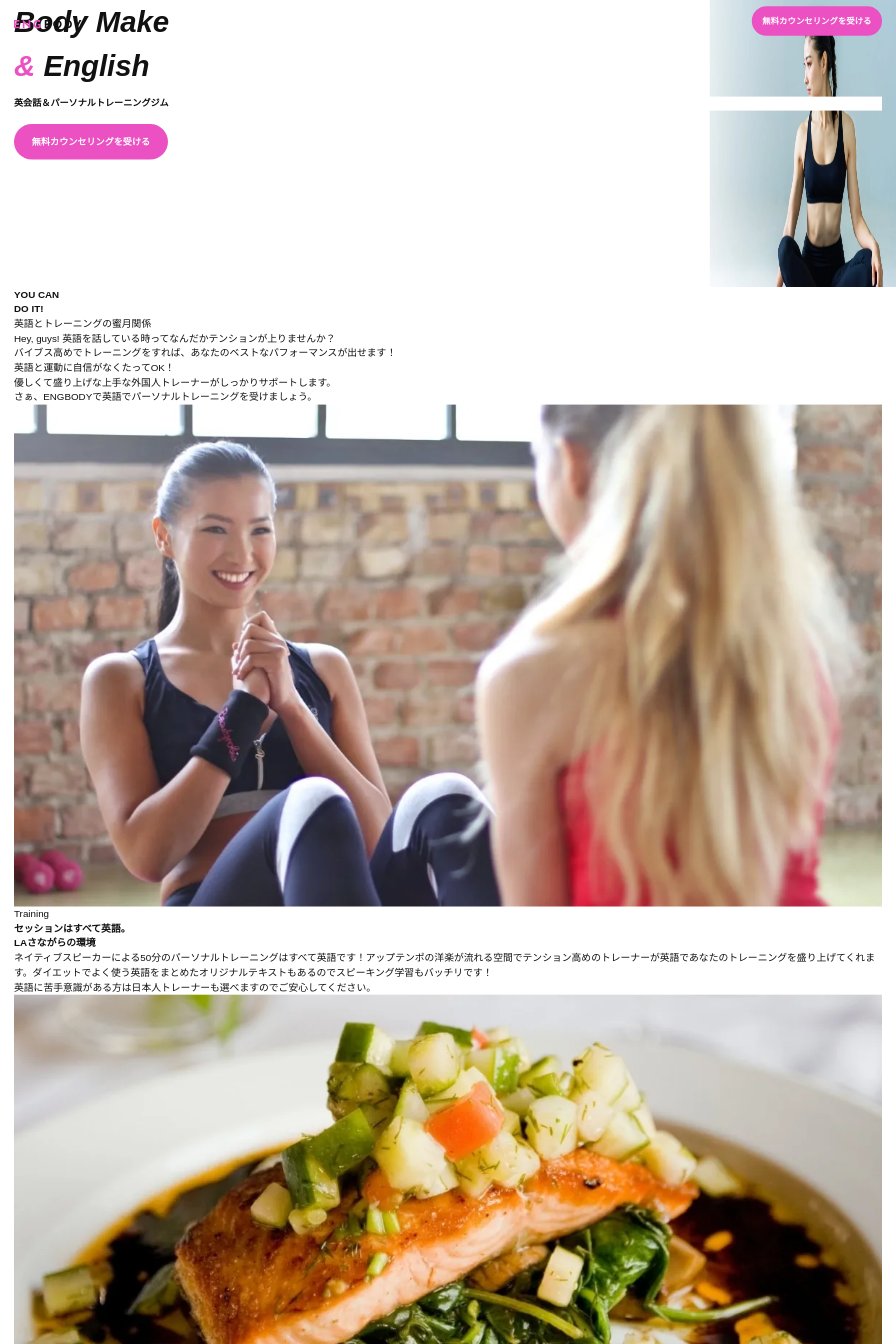
Repository: tetishi/engbody
Page: index.html
The author's editor kept a copy of each file at every save. The page is drawn from the files as they stood at one save, then again after the next save.
The browser window is 1280 px wide. The pictures show the part of the page from y = 0 to 1920 px (the page is 12355 px tall), at 70% of full size.
The style sheet was rebuilt from its Sass, Less or Tailwind sources for each picture, by a compiler version that may differ from the author's.

Above is the page before, as saved 2023-07-26 00:08:34.

### index.html
<!DOCTYPE html>
<html lang="en">
<head>
    <meta charset="UTF-8">
    <meta name="viewport" content="width=device-width, initial-scale=1.0">
    <title>ENGBODY</title>
    <link href="https://fonts.googleapis.com/css2?family=Josefin+Sans:ital,wght@0,400;0,700;1,400;1,700&display=swap" rel="stylesheet">
    <link rel="stylesheet" href="./css/reset.css">
    <link rel="stylesheet" href="./css/style.css">
</head>
<body>
    <header class="header">
        <div class="header-inner">
            <h2 class="nav-title">
                <a href="#">
                    <img src="img/engbody.svg" alt="ENGBODY">
                </a>
            </h2>
            <nav class="header-nav">
                <div class="counseling-btn-top">
                    <a href="#">無料カウンセリングを受ける</a>
                </div>
            </nav>
        </div>
    </header>

    <main>
        <!-- fv -->
        <div class="fv">
            <div class="section-inner">
                <h2 class="page-title">
                    Body Make<br>
                    <span>&</span> English
                </h2>
                <div class="page-title-bottom">
                    英会話＆パーソナルトレーニングジム
                </div>
                <div class="counseling-btn">
                    <a href="#">無料カウンセリングを受ける</a>
                </div>
            </div>
        </div>

        <section id="concept" class="section-wrapper">
            <div class="section-outer">
                <div class="section-inner">
                    <h2 class="catchphrase">
                        YOU CAN<br class="sp">
                        DO IT!
                    </h2>
                    <p class="section-under-title">
                        英語とトレーニングの<span class="phrase">蜜月関係</span>
                    </p>
                    <p class="concept-text">
                        Hey, guys! 英語を話している時ってなんだかテンションが上りませんか？<br>
                        バイブス高めでトレーニングをすれば、あなたのベストなパフォーマンスが出せます！<br>
                        英語と運動に自信がなくたってOK！<br>
                        優しくて盛り上げな上手な外国人トレーナーがしっかりサポートします。<br>
                        さぁ、ENGBODYで英語でパーソナルトレーニングを受けましょう。
                    </p>
                    <div class="training-box">
                        <div class="training-img">
                            <picture>
                                <source srcset="img/training.webp" type="image/webp">
                                <img src="img/training.jpg" alt="外国人のパーソナルトレーナーがお客様に英語とトレーニングをサポートしている様子">
                            </picture>
                        </div>
                        <div class="training-text">
                            <p class="training-top">
                                Training
                            </p>
                            <h3 class="training-title">
                                セッションはすべて英語。<br>
                                LAさながらの環境
                            </h3>
                            <p class="training-description">
                                ネイティブスピーカーによる50分のパーソナルトレーニングはすべて英語です！アップテンポの洋楽が流れる空間でテンション高めのトレーナーが英語であなたのトレーニングを盛り上げてくれます。ダイエットでよく使う英語をまとめたオリジナルテキストもあるのでスピーキング学習もバッチリです！<br>
                                英語に苦手意識がある方は日本人トレーナーも選べますのでご安心してください。
                            </p>
                        </div>
                    </div>
                    <div class="food-box">
                        <div class="food-img">
                            <picture>
                                <source srcset="img/food.webp" type="image/webp">
                                <img src="img/food.jpg" alt="低糖質レストラン『LCR』の魚と野菜の盛り合わせメニューの写真">
                            </picture>
                        </div>
                        <div class="food-text">
                            <p class="food-top">
                                Food
                            </p>
                            <h3 class="food-title">
                                低糖質レストランを完備！<br>
                                美味しく食べてダイエット
                            </h3>
                            <p class="food-description">
                                食事制限って大変ですよね......。でも大丈夫！ENGBODY館内には低糖質レストラン『LCR』を完備しています。Low carb（低糖質）なのにとっても美味しい味に驚くはずです！メニューも豊富で飽きさせません。美味しく食べてしっかり痩せる！しかも英語力もアップ！それがENGBODYなのです。
                            </p>
                        </div>
                    </div>
                    <div class="counseling-btn">
                        <a href="#">無料カウンセリングを受ける</a>
                    </div>
                </div>
            </div>

        </section>

        <section class="section-wrapper">
            <div class="section-outer">
                <div class="section-inner">
                    <h2 class="section-title">
                        Our Trainer
                        <span>トレーナー</span>
                    </h2>
                    <div class="select-option">
                        <p class="trainer">
                            トレーナー
                        </p>
                        <p class="staff">
                            スタッフ
                        </p>
                    </div>
                    <ul class="trainer-list">
                        <li class="trainer-item">
                            <picture>
                                <source srcset="img/trainer01.webp" type="image/webp">
                                <img src="img/trainer01.jpg" alt="日本人女性のトレーナーの写真">
                            </picture>
                            <p class="trainer-greeting">
                                こんにちは！英語で楽しくトレーニングしましょう。日本語が話せますのでご安心ください。
                            </p>
                        </li>
                        <li class="trainer-item">
                            <picture>
                                <source srcset="img/trainer02.webp" type="image/webp">
                                <img src="img/trainer02.jpg" alt="外国人女性のトレーナーの写真">
                            </picture>
                            <p class="trainer-greeting">
                                Hello! 筋肉をつけすぎずしなやかな体を作ることが得意です！美しさを磨いていきましょう。
                            </p>
                        </li>
                        <li class="trainer-item">
                            <picture>
                                <source srcset="img/trainer03.webp" type="image/webp">
                                <img src="img/trainer03.jpg" alt="外国人男性のトレーナーの写真">
                            </picture>
                            <p class="trainer-greeting">
                                Hi, 負荷や強度の高いトレーニングがしたいならおまかせてください！どんなご要望もできるかぎり叶えますよ！
                            </p>
                        </li>
                    </ul>
                    <ul class="staff-list">
                        <li class="staff-item">
                            <picture>
                                <source srcset="img/staff01.webp" type="image/webp">
                                <img src="img/staff01.jpg" alt="日本人女性スタッフの写真">
                            </picture>
                            <p class="staff-greeting">
                                ENBODYは明るくてとっても楽しいジムです！みなさんのセッションが楽しくなるようしっかりサポートいたします。
                            </p>
                        </li>
                        <li class="staff-item">
                            <picture>
                                <source srcset="img/staff02.webp" type="image/webp">
                                <img src="img/staff02.jpg" alt="外国人男性スタッフの写真">
                            </picture>
                            <p class="staff-greeting">
                                Hi, please let me know anytime if you have any questions. We will fully support you!
                            </p>
                        </li>
                    </ul>
                </div>
            </div>
        </section>

        <section class="section-wrapper">
            <div class="section-outer">
                <div class="section-inner">
                    <h2 class="section-title">
                        Studio
                        <span>スタジオ</span>
                    </h2>
                    <div class="slide-image">
                        <picture>
                            <source srcset="img/studio01.webp" type="image/webp">
                            <img src="img/studio01.jpg" alt="後ろ姿の女性がトレーニング器具に座って、ダンベルを両手に持ち上げて、スタジオでトレーニングしている写真">
                        </picture>
                        <picture>
                            <source srcset="img/studio02.webp" type="image/webp">
                            <img src="img/studio02.jpg" alt="正面を向いた女性がトレーニング器具に座って、腕を上げてスタジオでトレーニングしている写真">
                        </picture>
                        <picture>
                            <source srcset="img/studio03.webp" type="image/webp">
                            <img src="img/studio03.jpg" alt="後ろ姿の男性がスタジオでバーベルを持ってウエイトトレーニングをしている写真">
                        </picture>
                    </div>
                </div>
            </div>
        </section>

        <section class="section-wrapper">
            <div class="section-outer">
                <div class="section-inner">
                    <h2 class="section-title">
                        Price
                        <span>料金</span>
                    </h2>
                    <ul class="price-list">
                        <li class="price-item">
                            <div class="price-box">
                                <p class="course">
                                    週１コース
                                </p>
                                <h3 class="course-price">
                                    ¥20,000
                                </h3>
                                <p class="admission-fee">
                                    （入会金 ¥10000）
                                </p>
                            </div>
                            <div class="rental-box">
                                <p class="course-top">
                                    レンタル
                                </p>
                                <p class="course-text">
                                    タオル、ウェア、プロテイン無料
                                </p>
                            </div>
                            <div class="restaurant-box">
                                <p class="course-top">
                                    レストラン
                                </p>
                                <p class="course-text">
                                    使用不可
                                </p>
                            </div>
                            <div class="diet-box">
                                <p class="course-top">
                                    食事指導
                                </p>
                                <p class="course-text">
                                    無し
                                </p>
                            </div>
                        </li>
                        <li class="price-item">
                            <p class="recommend">
                                オススメ！
                            </p>
                            <div class="price-box">
                                <p class="course">
                                    週２コース
                                </p>
                                <h3 class="course-price">
                                    ¥40,000
                                </h3>
                                <p class="admission-fee">
                                    （入会金 ¥10000）
                                </p>
                            </div>
                            <div class="rental-box">
                                <p class="course-top">
                                    レンタル
                                </p>
                                <p class="course-text">
                                    タオル、ウェア、プロテイン無料
                                </p>
                            </div>
                            <div class="restaurant-box">
                                <p class="course-top">
                                    レストラン
                                </p>
                                <p class="course-text">
                                    使用可
                                </p>
                            </div>
                            <div class="diet-box">
                                <p class="course-top">
                                    食事指導
                                </p>
                                <p class="course-text">
                                    有り
                                </p>
                            </div>
                        </li>
                        <li class="price-item">
                            <div class="price-box">
                                <p class="course">
                                    無制限
                                </p>
                                <h3 class="course-price">
                                    ¥70,000
                                </h3>
                                <p class="admission-fee">
                                    （入会金 ¥10000）
                                </p>
                            </div>
                            <div class="rental-box">
                                <p class="course-top">
                                    レンタル
                                </p>
                                <p class="course-text">
                                    タオル、ウェア、プロテイン無料
                                </p>
                            </div>
                            <div class="restaurant-box">
                                <p class="course-top">
                                    レストラン
                                </p>
                                <p class="course-text">
                                    使用可
                                </p>
                            </div>
                            <div class="diet-box">
                                <p class="course-top">
                                    食事指導
                                </p>
                                <p class="course-text">
                                    有り
                                </p>
                            </div>
                        </li>
                    </ul>
                </div>
            </div>
        </section>

        <section class="section-wrapper">
            <div class="section-outer">
                <div class="section-inner">
                    <h2 class="section-title">
                        FAQ
                        <span>よくあるご質問</span>
                    </h2>
                    <div class="faq-box">
                        <details class="faq-item">
                            <summary class="faq-top-text">
                                見学や体験は可能ですか？
                            </summary>
                            <p class="faq-bottom-text">
                                無料カウンセリングの際に見学が可能です。フォームに見学・体験希望の欄がございますので内容をご確認しチェックを入れてください。
                            </p>
                        </details>
                        <details class="faq-item">
                            <summary class="faq-top-text">
                                用意するものは何がありますか？
                            </summary>
                            <p class="faq-bottom-text">
                                シューズをご持参ください。ウェアとタオルは無料でレンタルが可能です。
                            </p>
                        </details>
                        <details class="faq-item">
                            <summary class="faq-top-text">
                                シャワールームはありますか？
                            </summary>
                            <p class="faq-bottom-text">
                                5つのシャワールームがございます。ボディソープ・シャンプー・リンスなどのアメニティやドライヤーもご用意しております。
                            </p>
                        </details>
                    </div>
                </div>
            </div>
        </section>

        <div class="free-counseling">
            <picture>
                <source srcset="img/sp_counseling_top.webp" type="image/webp">
                <img src="img/sp_counseling_top.jpg" alt="アジア人、黒人、白人の女性3人がトレーニングウェアを着て肩を組んで笑顔でこちらを見ている写真">
            </picture>
            <div class="counseling-container">
                <h3 class="invite-message">
                    Come join us!! 😊
                </h3>
                <div class="counseling-btn white">
                    <a href="#">無料カウンセリングを受ける</a>
                </div>
            </div>
        </div>

    </main>
    <footer class="footer">
        <div class="footer-text">
            ENGBODY
        </div>
    </footer>

    <a href="#" class="pagetop">
        <div class="pagetop-arrow">
            <i class="fas fa-angle-up"></i>
        </div>
    </a>
</body>
</html>

### css/reset.css
/*
html5doctor.com Reset Stylesheet
v1.6.1
Last Updated: 2010-09-17
Author: Richard Clark - http://richclarkdesign.com
Twitter: @rich_clark
*/

* {
    box-sizing: border-box;
}

html,
body,
div,
span,
object,
iframe,
h1,
h2,
h3,
h4,
h5,
h6,
p,
blockquote,
pre,
abbr,
address,
cite,
code,
del,
dfn,
em,
img,
ins,
kbd,
q,
samp,
small,
strong,
sub,
sup,
var,
b,
i,
dl,
dt,
dd,
ol,
ul,
li,
fieldset,
form,
label,
legend,
table,
caption,
tbody,
tfoot,
thead,
tr,
th,
td,
article,
aside,
canvas,
details,
figcaption,
figure,
footer,
header,
hgroup,
menu,
nav,
section,
summary,
time,
mark,
ruby,
audio,
video {
    margin: 0;
    padding: 0;
    border: 0;
    outline: 0;
    font-size: 100%;
    vertical-align: baseline;
    background: transparent;
}

body {
    line-height: 1.5;
}

img {
    width: 100%;
    height: auto;
    object-fit: cover;
}

button {
    background-color: transparent;
    border: none;
    cursor: pointer;
    outline: none;
    padding: 0;
    appearance: none;
}

article,
aside,
details,
figcaption,
figure,
footer,
header,
hgroup,
menu,
nav,
section {
    display: block;
}

nav ul {
    list-style: none;
}

li {
    list-style: none;
}

a {
    margin: 0;
    padding: 0;
    font-size: 100%;
    vertical-align: baseline;
    background: transparent;
}

input,
select {
    vertical-align: middle;
}

/*end reset css*/

### img/engbody.svg
<svg xmlns="http://www.w3.org/2000/svg" width="96.7" height="12.36" viewBox="0 0 96.697 12.356">
  <g id="Group_1" data-name="Group 1" transform="translate(-34.435 -35.05)">
    <path id="Path_13" data-name="Path 13" d="M-41.472-16.8a3.73,3.73,0,0,1,1.459,1.093,2.471,2.471,0,0,1,.524,1.559A2.878,2.878,0,0,1-40.674-11.6a5.1,5.1,0,0,1-2.957.814H-47.58V-22.2H-44.1a5.2,5.2,0,0,1,2.965.737,2.422,2.422,0,0,1,1.08,2.132,2.946,2.946,0,0,1-.371,1.5A2.77,2.77,0,0,1-41.472-16.8Zm-3.771-.729h1.418a1.3,1.3,0,0,0,1-.38,1.323,1.323,0,0,0,.355-.938,1.029,1.029,0,0,0-.4-.876,1.816,1.816,0,0,0-1.112-.3h-1.257Zm1.5,4.653a2.475,2.475,0,0,0,1.33-.318,1.051,1.051,0,0,0,.508-.954q0-1.21-2-1.21h-1.338v2.481Zm8.123-3.6a5.518,5.518,0,0,1,.814-2.9A6.036,6.036,0,0,1-32.6-21.521a5.975,5.975,0,0,1,3.022-.8,5.975,5.975,0,0,1,3.022.8,6.165,6.165,0,0,1,2.224,2.148,5.438,5.438,0,0,1,.83,2.9,5.413,5.413,0,0,1-.83,2.916,6.083,6.083,0,0,1-2.224,2.117,6.067,6.067,0,0,1-3.022.783,6.054,6.054,0,0,1-3.03-.783,5.973,5.973,0,0,1-2.2-2.117A5.493,5.493,0,0,1-35.622-16.473Zm2.417,0a3.551,3.551,0,0,0,.492,1.83,3.628,3.628,0,0,0,1.338,1.326,3.687,3.687,0,0,0,1.878.489,3.5,3.5,0,0,0,1.821-.489,3.517,3.517,0,0,0,1.289-1.318,3.68,3.68,0,0,0,.467-1.838,3.655,3.655,0,0,0-.483-1.861,3.6,3.6,0,0,0-1.313-1.326,3.57,3.57,0,0,0-1.845-.489,3.57,3.57,0,0,0-1.845.489,3.6,3.6,0,0,0-1.313,1.326A3.655,3.655,0,0,0-33.2-16.473ZM-18.909-22.2h3.546a7.413,7.413,0,0,1,3.739.845A5.2,5.2,0,0,1-9.49-19.164a6.36,6.36,0,0,1,.669,2.877,5.253,5.253,0,0,1-.806,2.9,5.34,5.34,0,0,1-2.168,1.931,6.641,6.641,0,0,1-2.99.675h-4.126Zm3.723,9.243a4.324,4.324,0,0,0,2.885-.9,3.2,3.2,0,0,0,1.064-2.59,3.609,3.609,0,0,0-.588-2.171A3.138,3.138,0,0,0-13.2-19.73a4.006,4.006,0,0,0-1.475-.31h-1.9v7.088ZM4.83-22.2.381-14.333v3.552H-1.955v-3.552L-6.323-22.2h2.885l2.724,5.273L1.945-22.2Z" transform="translate(126.302 57.708)" fill="#111"/>
    <path id="Path_14" data-name="Path 14" d="M-27.475-22.5v2.176h-5.753v2.44h5.093v2.176h-5.093v2.471h5.979v2.176h-8.316V-22.5Zm15.584,0v11.9h-.064l-8.3-7.227.048,6.761h-2.369V-22.95h.1l8.284,7.336-.048-6.885ZM3.049-12.211a3.177,3.177,0,0,1-.975.583,8.934,8.934,0,0,1-1.547.5,6.932,6.932,0,0,1-1.539.194,7.366,7.366,0,0,1-3.312-.707,5.264,5.264,0,0,1-2.2-1.958A5.311,5.311,0,0,1-7.3-16.454a6.568,6.568,0,0,1,.822-3.4,5.253,5.253,0,0,1,2.208-2.083,6.761,6.761,0,0,1,3.062-.692,8.506,8.506,0,0,1,2.031.233,7.636,7.636,0,0,1,1.676.606l-.757,2.1a5.979,5.979,0,0,0-1.281-.458A5.645,5.645,0,0,0-.9-20.355a4.244,4.244,0,0,0-2.957.933A3.556,3.556,0,0,0-4.88-16.656a3.356,3.356,0,0,0,.5,1.842,3.241,3.241,0,0,0,1.394,1.2,4.746,4.746,0,0,0,2.039.42,3.468,3.468,0,0,0,1.628-.3v-1.383H-1.367v-2.176H3.049Z" transform="translate(70 58)" fill="#eb51c2"/>
  </g>
</svg>

### css/style.scss
/* base */

html {
    font-size: 62.5%;
}
body {
    font-size: 1.4rem;
    font-family: 'Hiragino Sans', sans-serif;
    color: #111111;
}
h2 h3 {
    font-family: 'Josefin Sans', sans-serif;
}
img {
    vertical-align: bottom;
}
.section-inner {
    padding: 0 20px;
    // margin: 0 auto;
}
.section-title {
    font-size: 4rem;
    &:nth-of-type(2) {
        font-size: 3.2rem;
    }
    &:nth-of-type(odd) {
        color: #fff;
    }
    span {
        font-size: 1.4rem;
        margin-bottom: 30px;
        &:last-of-type {
            margin-bottom: 35px;
        }
    }
}
a {
    color: inherit;
    text-decoration: none;
}

// header
.header {
    position: fixed;
    width: 100%;
    top: 0;
    left: 0;
    z-index: 999;
}
.header-inner {
    display: flex;
    justify-content: space-between;
    align-items: center;
    height: 60px;
    padding: 0 20px;
}
.counseling-btn-top {
    font-weight: bold;
    color: #fff;
    font-size: 1.2rem;
    width: 186px;
    background-color: #EB51C2;
    text-align: center;
    vertical-align: middle;
    border-radius: 50px;
    padding: 12px 15px;
}

//fv
.fv {
    background-image: url(../img/bg_mv.webp);
    background-position: right bottom;
    height: 410px;
    background-size: 266px 410px;
    background-repeat: no-repeat;
    border-radius: 0 0 0 50px;
}
.page-title {
    font-size: 4.2rem;
    font-style: italic;
    span {
        color: #EB51C2;
    }
}
.page-title-bottom {
    font-size: 1.3rem;
    font-weight: bold;
    margin: 12px 0 19px;
    background-color: #fff;
}
.counseling-btn {
    font-weight: bold;
    color: #fff;
    font-size: 1.3rem;
    width: 220px;
    background-color: #EB51C2;
    text-align: center;
    vertical-align: middle;
    border-radius: 50px;
    padding: 16px 25px;
}

After the next save:
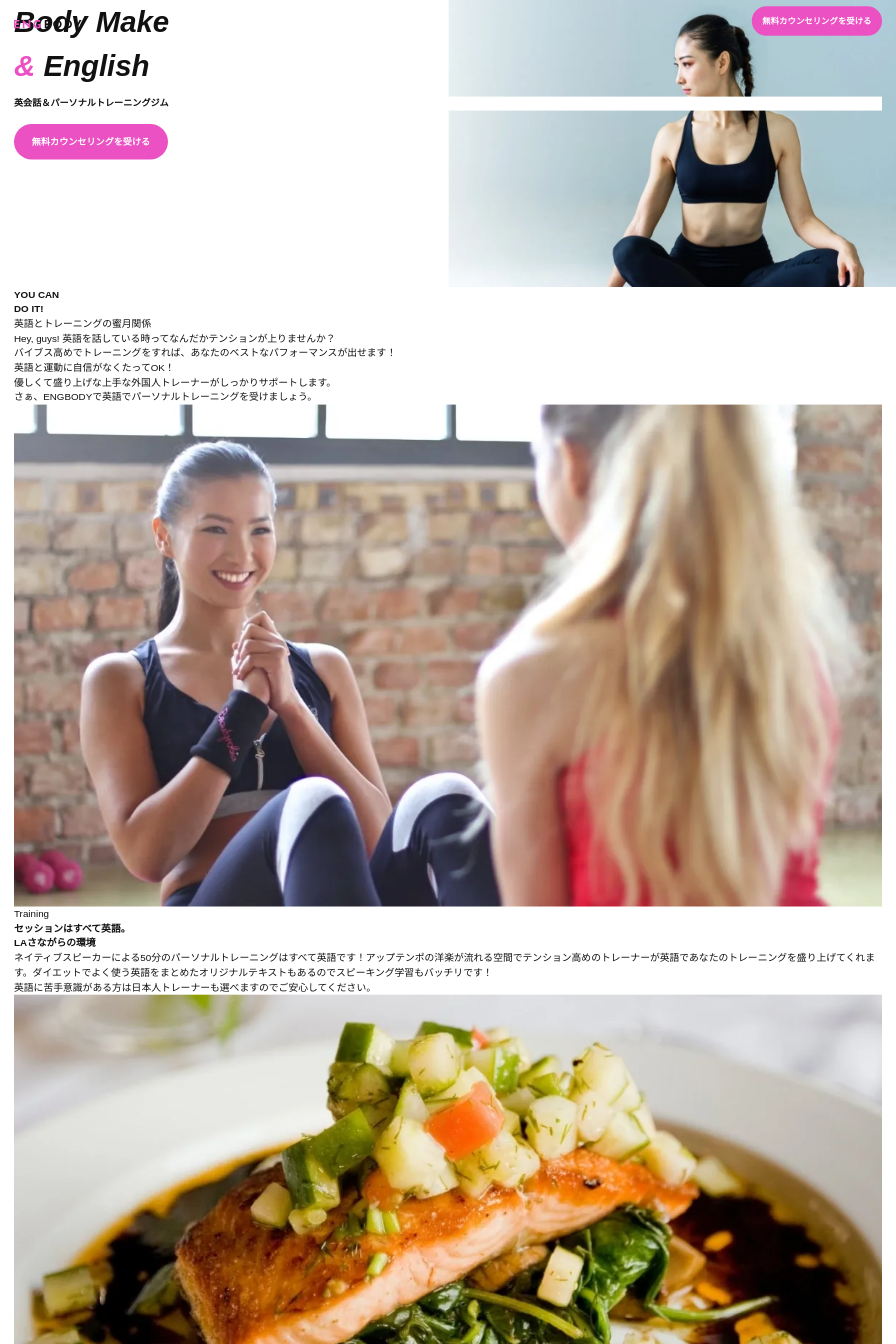
Saved 22 s later.
--- a/css/style.scss
+++ b/css/style.scss
@@ -71,7 +71,7 @@ a {
     background-image: url(../img/bg_mv.webp);
     background-position: right bottom;
     height: 410px;
-    background-size: 266px 410px;
+    background-size: contain;
     background-repeat: no-repeat;
     border-radius: 0 0 0 50px;
 }
